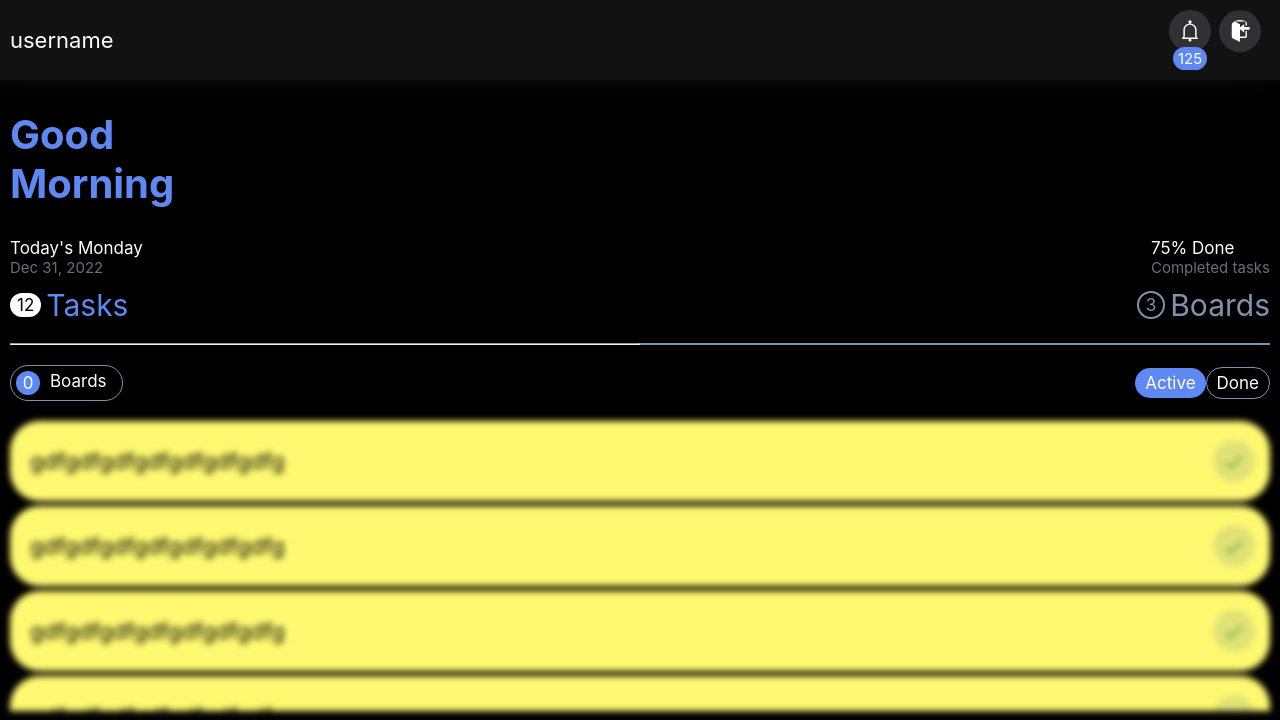
Repository: ShindanoSingi/todo-app
Page: /
The author's editor kept a copy of each file at every save. The page is drawn from the files as they stood at one save, then again after the next save.
The browser window is 1280 px wide. The pictures show the whole page.
The project was rebuilt for these pictures with package versions that can differ from the ones it lists, and the page was loaded fresh each time. Also part of the build but not shown: src/pages/LandingPage.js.

Above is the page before, as saved 2023-01-01 19:40:00.

After the next save:
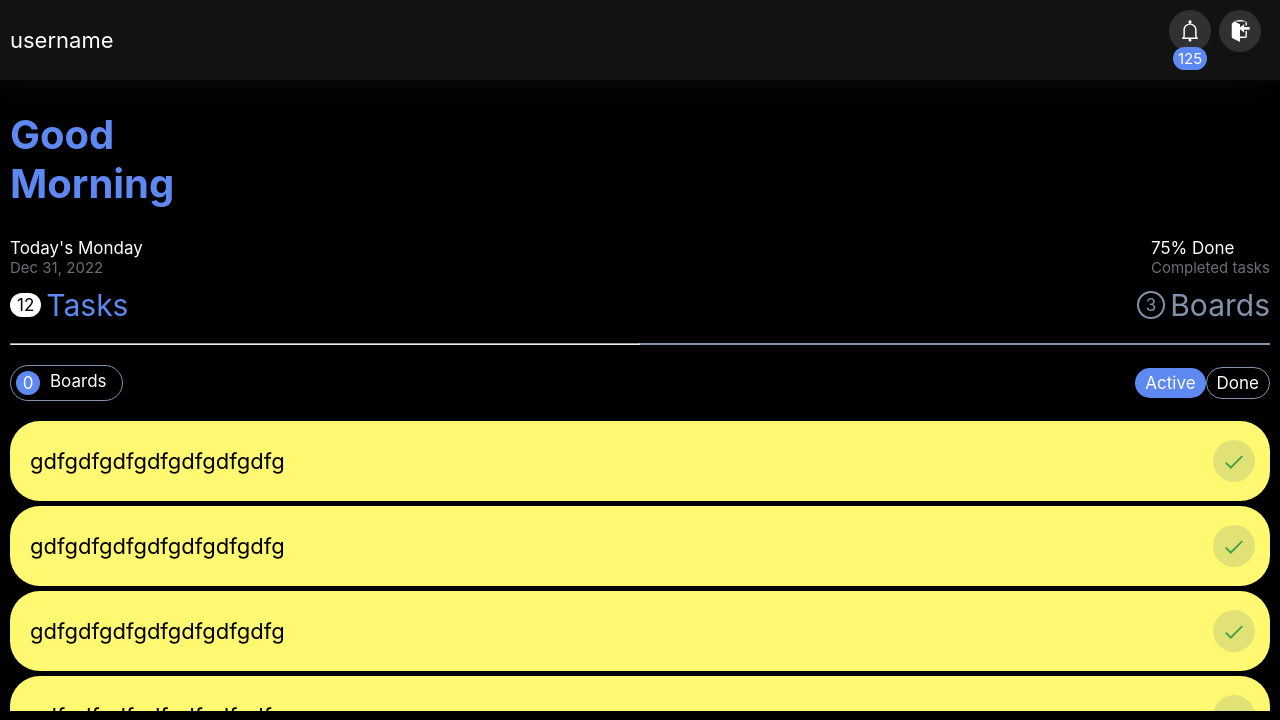
Saved 51 s later.
--- a/src/index.css
+++ b/src/index.css
@@ -251,7 +251,6 @@ h2 {
   display: flex;
   align-items: center;
   justify-content: space-between;
-  z-index: 1000;
 }
 
 .todos-container {
@@ -260,10 +259,6 @@ h2 {
   gap: 5px;
   max-height: 290px;
   overflow-y: scroll;
-  top: 0;
-
-  filter: blur(3px);
-  z-index: -100;
 }
 
 .main {
